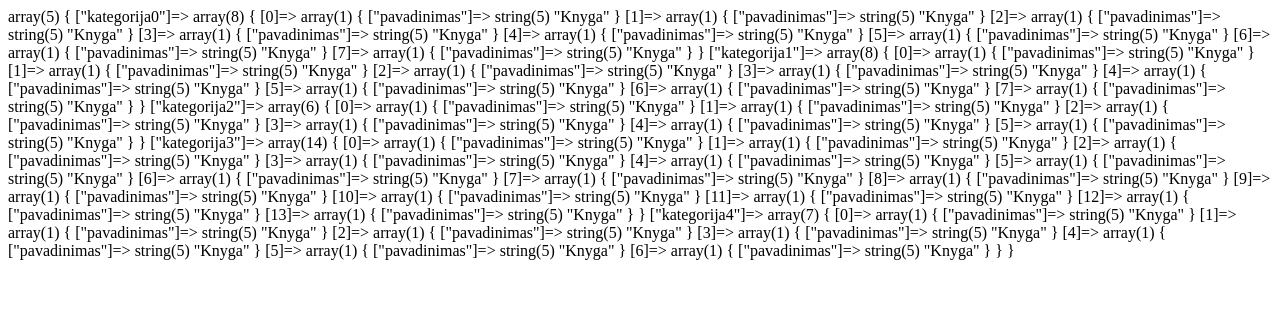
Repository: motiejus1/18-paskaita-PHP-05.31
Page: http://localhost/testavimas/dvimatismasyvas.php
The author's editor kept a copy of each file at every save. The page is drawn from the files as they stood at one save, then again after a run of saves.
The browser window is 1280 px wide. The pictures show the whole page.
The page is run by PHP 8.4 with error messages shown; the project is at /var/www/html/.

Above is the page before, as saved 2021-09-20 18:27:16.

### testavimas/dvimatismasyvas.php
<?php
// . Sukurti dvimatį masyvą, kuriame būtų informacija apie knygos kategoriją, bei knygos priklausančios kategorijai.
// Masyvo struktūrą sugalvoti patiems. Testavimui sukurti bent 5 kategorijas, kurios turi nuo 5 iki 15 knygų.



//

$knygos = [];

//uz kategorijas
for($i=0; $i < 5; $i++) {

    // $kategorija = "Kategorija".$i;
    $kategorija = [];
    //atsakingas uz knygas
    $atsitiktinis = rand(5,15); //6
    for($j=0;$j < $atsitiktinis; $j++) {
        $kategorija[$j] = array(
            "pavadinimas" => "Knyga"
        );

    }

    $knygos["kategorija".$i] = $kategorija;

}

var_dump($knygos);


?>

After the next 2 saves:
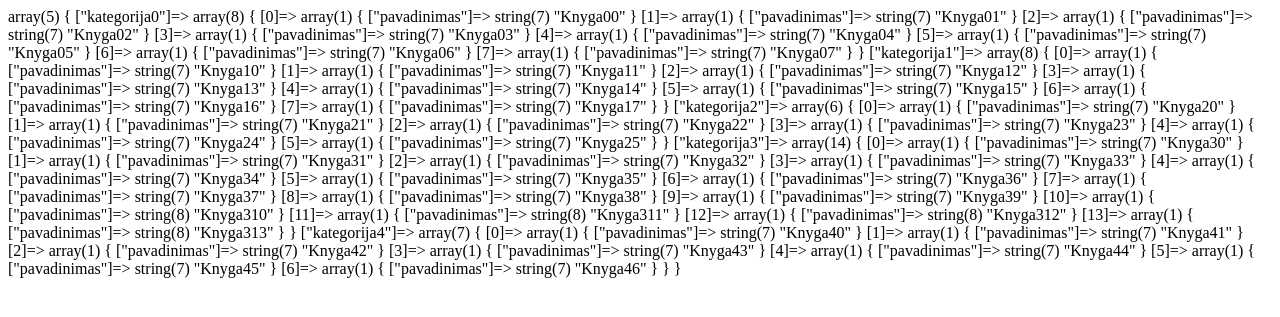
The 2 saves are shown as one change because they came seconds apart.
The last was saved 6 s later.
--- a/testavimas/dvimatismasyvas.php
+++ b/testavimas/dvimatismasyvas.php
@@ -17,7 +17,7 @@ for($i=0; $i < 5; $i++) {
     $atsitiktinis = rand(5,15); //6
     for($j=0;$j < $atsitiktinis; $j++) {
         $kategorija[$j] = array(
-            "pavadinimas" => "Knyga"
+            "pavadinimas" => "Knyga".$i.$j
         );
 
     }
